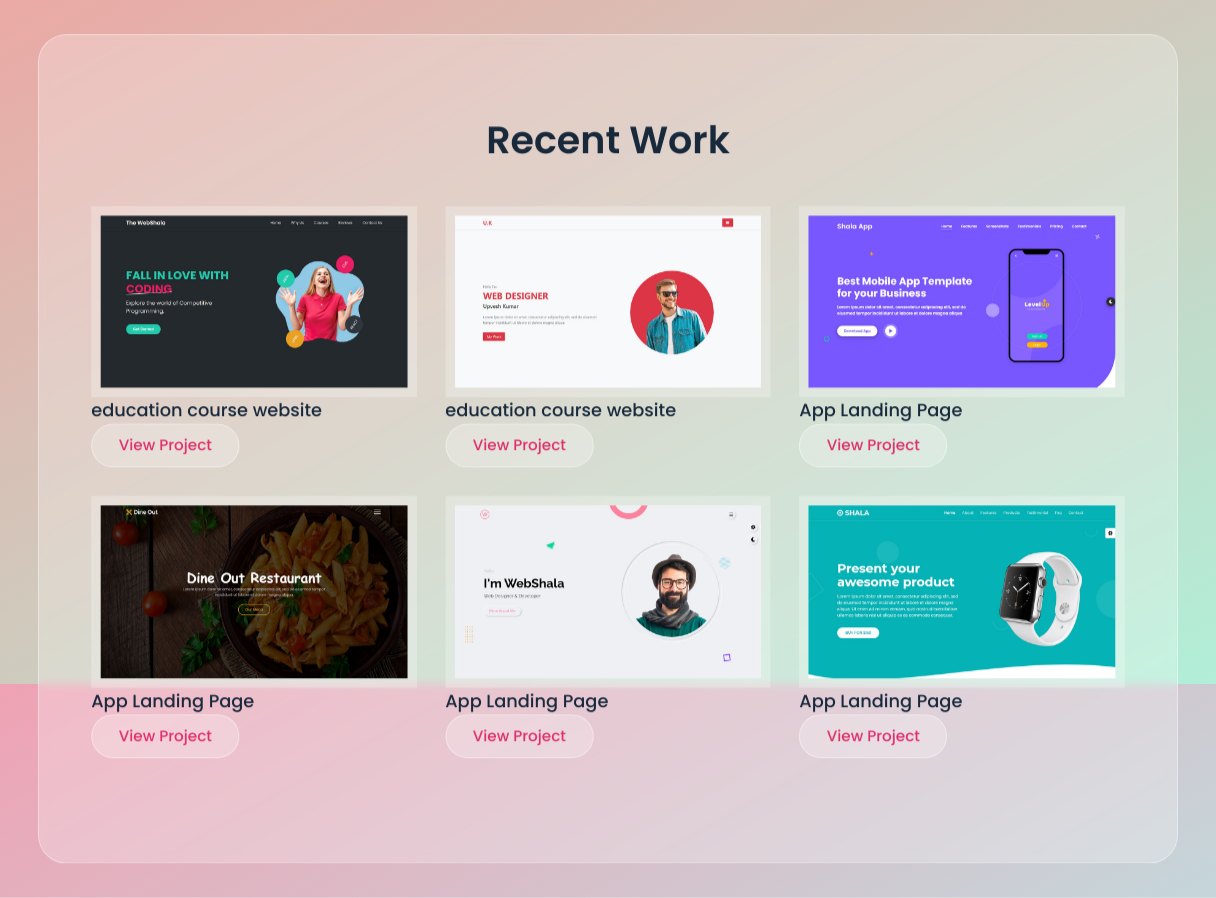
Repository: dewaary/Glassmorp-me
Page: index.html
The author's editor kept a copy of each file at every save. The page is drawn from the files as they stood at one save, then again after the next save.
The browser window is 1280 px wide. The pictures show the whole page, at 95% of full size.
Backgrounds fixed to the window are drawn as part of the page.

Above is the page before, as saved 2021-05-26 07:47:08.

After the next save:
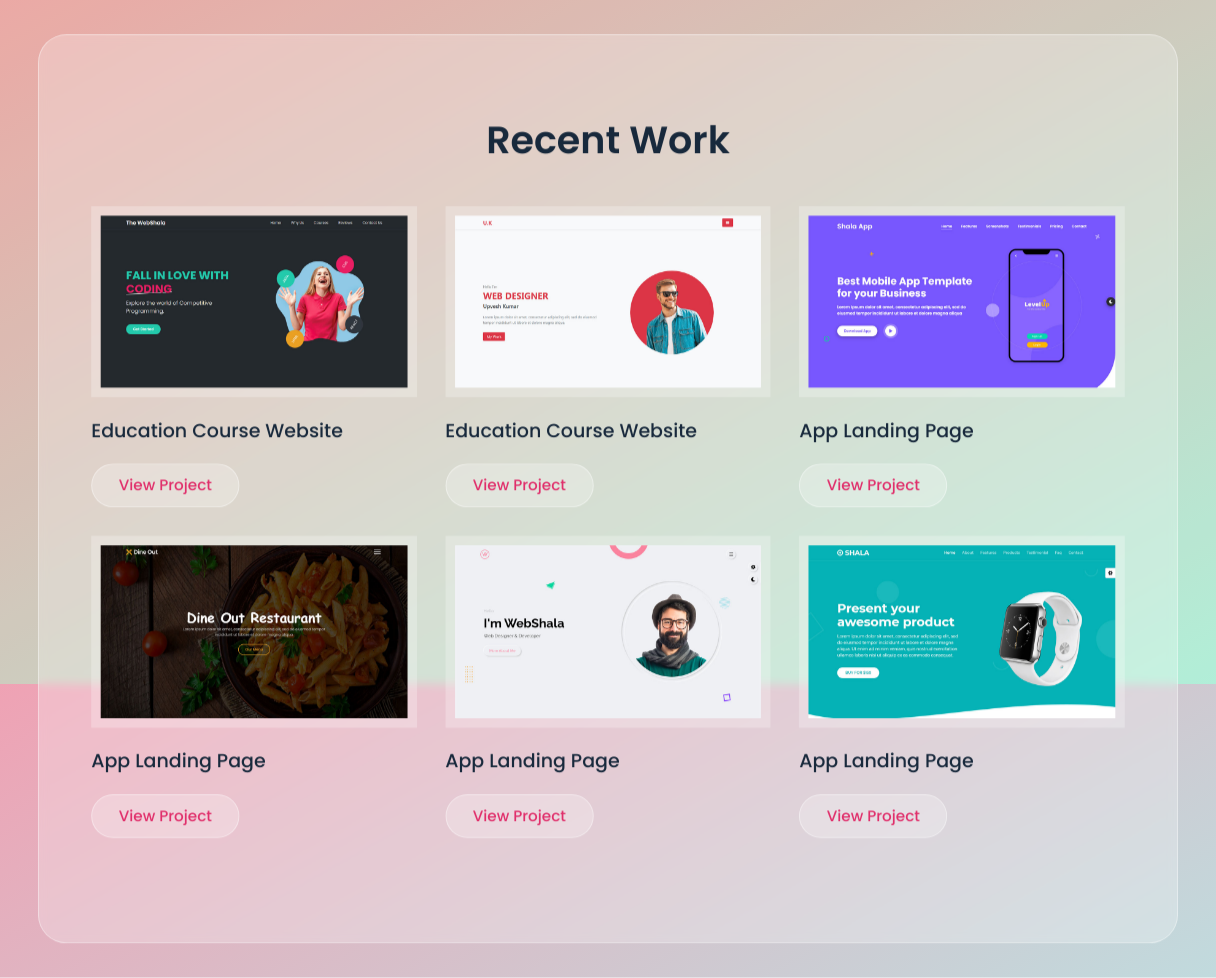
Saved 4 min 15 s later.
--- a/style.css
+++ b/style.css
@@ -410,6 +410,12 @@ Home Section */
   width: 100%;
 }
 
+.portfolio-item h3{
+  font-size: 20px;
+  text-transform: capitalize;
+  margin: 20px 0;
+}
+
 .portfolio-item-details {
   display: none;
 }
